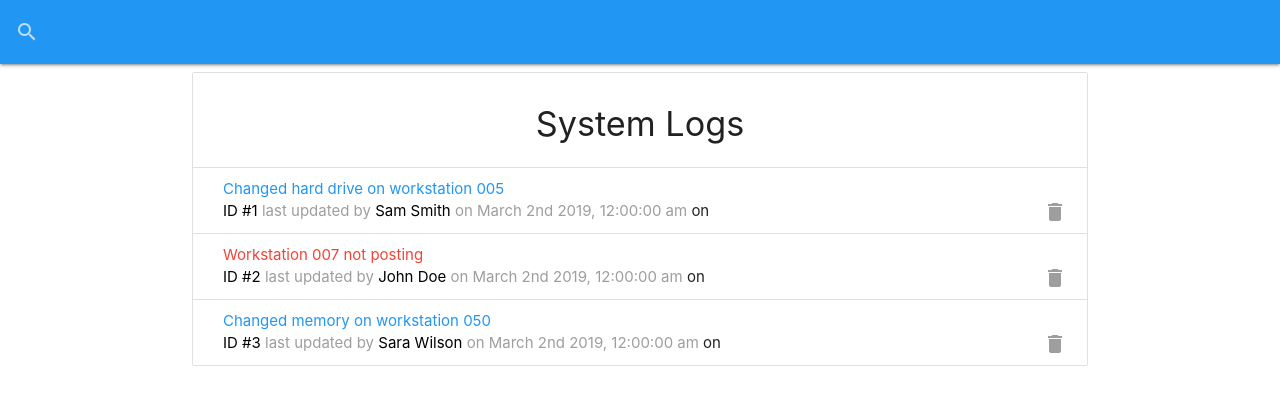
Repository: Ajtheult/IT-Logger
Page: /
The author's editor kept a copy of each file at every save. The page is drawn from the files as they stood at one save, then again after the next save.
The browser window is 1280 px wide. The pictures show the whole page.
The project was rebuilt for these pictures with package versions that can differ from the ones it lists, and the page was loaded fresh each time. Requests to the local data server were answered from the project's data file. Also part of the build but not shown: src/App.css.

Above is the page before, as saved 2020-06-23 16:59:57.

### public/index.html
<!DOCTYPE html>
<html lang="en">
  <head>
    <meta charset="utf-8" />
    <link rel="icon" href="%PUBLIC_URL%/favicon.ico" />
    <meta name="viewport" content="width=device-width, initial-scale=1" />
    <meta name="theme-color" content="#000000" />
    <meta
      name="description"
      content="Web site created using create-react-app"
    />

    <link
      href="https://fonts.googleapis.com/icon?family=Material+Icons"
      rel="stylesheet"
    />
    <link rel="manifest" href="%PUBLIC_URL%/manifest.json" />

    <title>IT Logger</title>
  </head>
  <body>
    <noscript>You need to enable JavaScript to run this app.</noscript>
    <div id="root"></div>
  </body>
</html>

### src/App.js
import React, { Fragment, useEffect } from "react";
import SearchBar from "./components/layout/SearchBar";
import Logs from "./components/logs/Logs";

import "materialize-css/dist/css/materialize.min.css";
import M from "materialize-css/dist/js/materialize.min.js";
import "./App.css";

const App = () => {
  useEffect(() => {
    // Init Materialize JS
    M.AutoInit();
  });
  return (
    <Fragment>
      <SearchBar />

      <div className="container">
        <Logs />
      </div>
    </Fragment>
  );
};

export default App;

### src/components/layout/SearchBar.js
import React from "react";

const SearchBar = () => {
  return (
    <nav style={{ marginBotton: "30px" }} className="blue">
      <div className="nav-wrapper">
        <form>
          <div className="input-field">
            <input id="search" type="search" required />
            <label className="label-icon" htmlFor="search">
              <i className="material-icons">search</i>
            </label>
            <i className="material-icons">close</i>
          </div>
        </form>
      </div>
    </nav>
  );
};

export default SearchBar;

### src/components/logs/Logs.js
import React, { useState, useEffect } from "react";
import LogItem from "./LogItem";
import Preloader from "../layout/Preloader";

const Logs = () => {
  const [logs, setLogs] = useState([]);
  const [loading, setLoading] = useState(false);

  useEffect(() => {
    getLogs();
    //eslint-disable-next-line
  }, []);
  const getLogs = async () => {
    setLoading(true);
    const res = await fetch("/logs");
    const data = await res.json();

    setLogs(data);
    setLoading(false);
  };
  if (loading) {
    return <Preloader />;
  }
  return (
    <ul className="collection with-header">
      <li className="collection-header">
        <h4 className="center">System Logs</h4>
      </li>
      {!loading && logs.length === 0 ? (
        <p className="center">No logs to show...</p>
      ) : (
        logs.map((log) => <LogItem log={log} key={log.id} />)
      )}
    </ul>
  );
};

export default Logs;

### src/components/logs/LogItem.js
import React from "react";
import Moment from "react-moment";
import PropTypes from "prop-types";

const LogItem = ({ log }) => {
  return (
    <li className="collection-item">
      <div>
        <a
          href="#edit-log-modal"
          className={`modal-trigger ${
            log.attention ? "red-text" : "blue-text"
          }`}
        >
          {log.message}
        </a>
        <br />
        <span className="grey-text">
          <span className="black-text">ID #{log.id}</span> last updated by{" "}
          <span className="black-text">{log.tech}</span> on{" "}
          <Moment format="MMMM Do YYYY, h:mm:ss a">{log.date}</Moment>
        </span>{" "}
        on{" "}
        <a href="#" className="secondary-content">
          <i className="material-icons grey-text">delete</i>
        </a>
      </div>
    </li>
  );
};

LogItem.propTypes = {
  log: PropTypes.object.isRequired,
};

export default LogItem;

### src/components/layout/Preloader.js
import React from "react";

const Preloader = () => {
  return (
    <div className="progress blue lighten-4">
      <div className="indeterminant blue"></div>
    </div>
  );
};

export default Preloader;

### db.json
{
  "logs": [
    {
      "id": 1,
      "message": "Changed hard drive on workstation 005",
      "attention": false,
      "date": "03-02-2019",
      "tech": "Sam Smith"
    },
    {
      "id": 2,
      "message": "Workstation 007 not posting",
      "attention": true,
      "date": "03-02-2019",
      "tech": "John Doe"
    },
    {
      "id": 3,
      "message": "Changed memory on workstation 050",
      "attention": false,
      "date": "03-02-2019",
      "tech": "Sara Wilson"
    }
  ],
  "techs": [
    {
      "id": 1,
      "firstname": "John",
      "lastname": "Doe"
    },
    {
      "id": 2,
      "firstname": "Sam",
      "lastname": "Smith"
    },
    {
      "id": 3,
      "firstname": "Sara",
      "lastname": "Wilson"
    }
  ]
}

Loaded but not shown: src/index.js (common file)

After the next save:
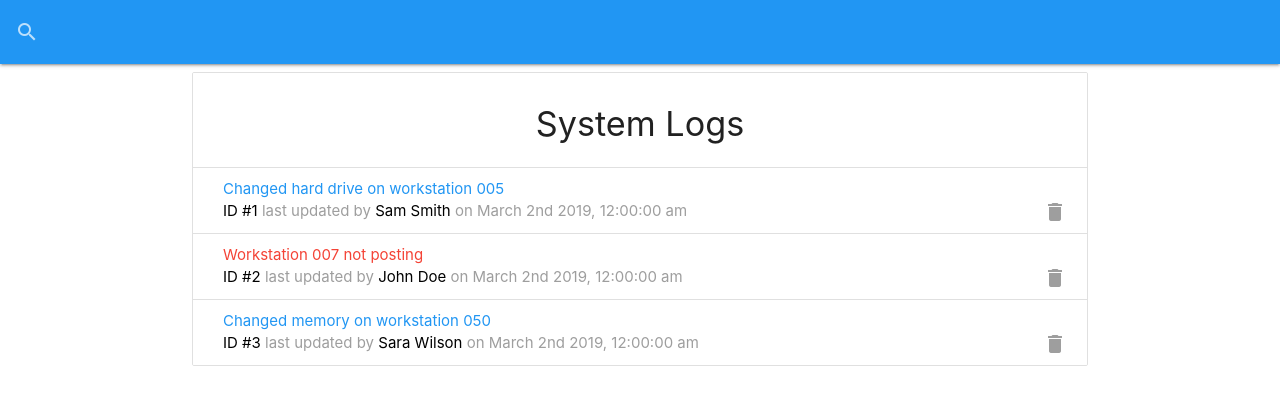
Saved 37 min 14 s later.
--- a/src/components/logs/LogItem.js
+++ b/src/components/logs/LogItem.js
@@ -20,7 +20,6 @@ const LogItem = ({ log }) => {
           <span className="black-text">{log.tech}</span> on{" "}
           <Moment format="MMMM Do YYYY, h:mm:ss a">{log.date}</Moment>
         </span>{" "}
-        on{" "}
         <a href="#" className="secondary-content">
           <i className="material-icons grey-text">delete</i>
         </a>
